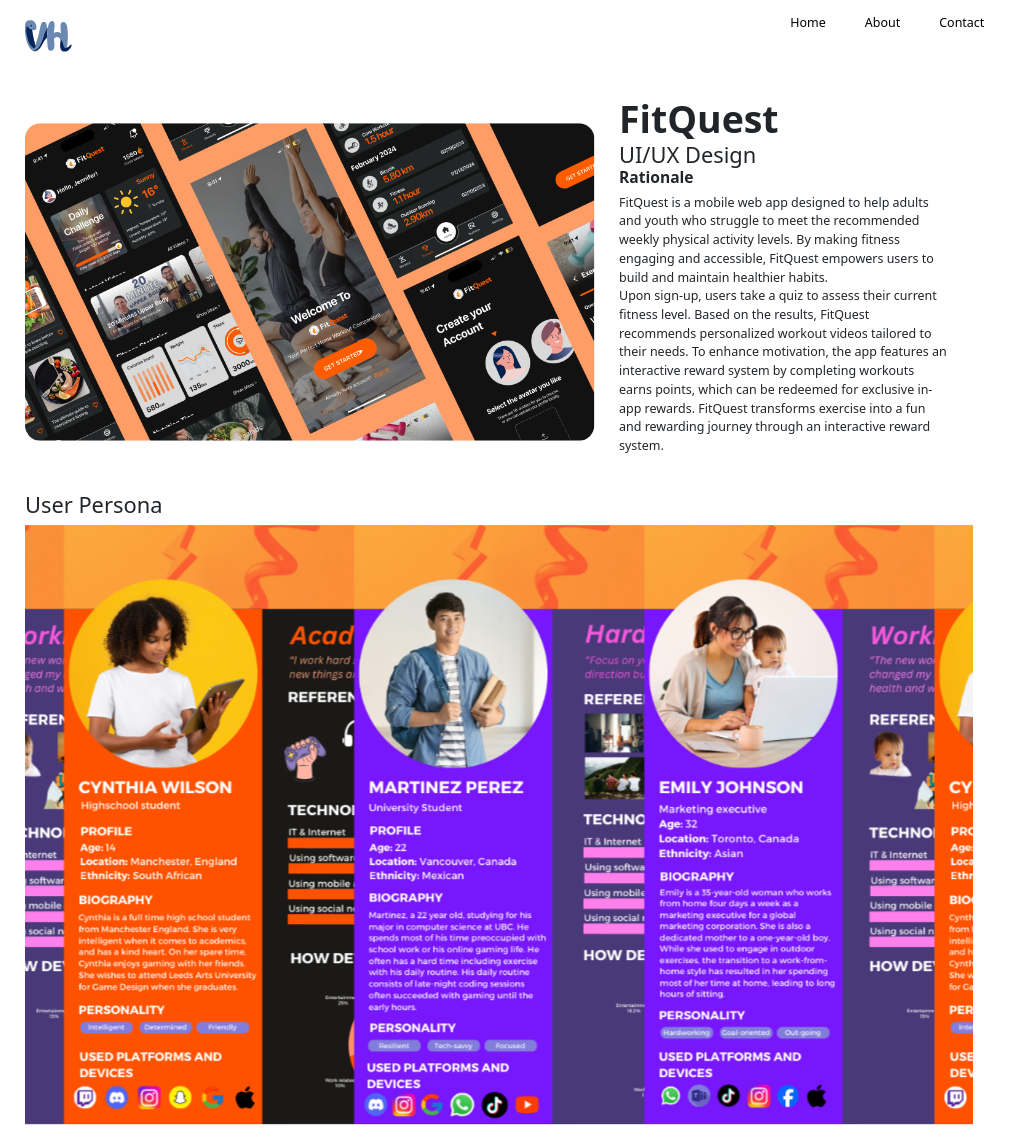
Repository: Vanessahyc/vanessa-portfolio
Page: /fitquest
The author's editor kept a copy of each file at every save. The page is drawn from the files as they stood at one save, then again after the next save.
The browser window is 1280 px wide. The page is 1312 px wide, so the pictures cover 1312 px, including what lies to the right of the window. The pictures show the whole page, at 78% of full size.
The project was rebuilt for these pictures with package versions that can differ from the ones it lists, and the page was loaded fresh each time. The framework's server and built-in components were replaced by stand-ins that run in the browser. Also part of the build but not shown: next.config.mjs.

Above is the page before, as saved 2025-02-07 17:37:50.

### src/app/layout.js
import { Geist, Geist_Mono } from "next/font/google";
import "./globals.css";
import 'bootstrap/dist/css/bootstrap.min.css'

const geistSans = Geist({
  variable: "--font-geist-sans",
  subsets: ["latin"],
});

const geistMono = Geist_Mono({
  variable: "--font-geist-mono",
  subsets: ["latin"],
});

export const metadata = {
  title: "Create Next App",
  description: "Generated by create next app",
};

export default function RootLayout({ children }) {
  return (
    <html lang="en">
      <body
        className={`${geistSans.variable} ${geistMono.variable} antialiased`}
      >
        {children}
      </body>
    </html>
  );
}

### src/app/fitquest/page.js
"use client";
import Header from "../../../components/Header";
import styles from "@/app/fitquest/Fitquest.module.css";
import Image from "next/image";
import dynamic from "next/dynamic";
import "slick-carousel/slick/slick.css";
import "slick-carousel/slick/slick-theme.css";
import { useState } from "react";

export default function Fitquest() {
    const Slider = dynamic(() => import('react-slick'), {ssr: false});
    const settings = {dots: true, infinite: true, speed: 500, slidesToShow: 3, slidesToScroll: 1, autoplay: false, autoplaySpeed: 3000, centerMode: true};
    const images = ['/images/2.png', '/images/3.png', '/images/4.png']


    return(
        <>
            <Header/>
            <main className={styles.mainContainer}>
                <section className={`${styles.projectSection}`}>
                    <Image
                        src='/images/fitquest.png'
                        alt="Guava Can Design"
                        className={`${styles.mockup}`}
                        width={500}
                        height={400}
                    />
                    <div className={styles.projectInfo}>
                        <h2>FitQuest</h2>
                        <h3>UI/UX Design</h3>
                        <h4>Rationale</h4>
                        <p>
                        FitQuest is a mobile web app designed to help adults and youth who struggle to meet the recommended weekly physical activity levels. By making fitness engaging and accessible, FitQuest empowers users to build and maintain healthier habits.<br/>Upon sign-up, users take a quiz to assess their current fitness level. Based on the results, FitQuest recommends personalized workout videos tailored to their needs. To enhance motivation, the app features an interactive reward system by completing workouts earns points, which can be redeemed for exclusive in-app rewards. FitQuest transforms exercise into a fun and rewarding journey through an interactive reward system.
                        </p>
                    </div>
                </section>
                <section className={styles.personaContainer}>
                    <h3>User Persona</h3>
                    <div className='w-full overflow-hidden'>
                        <Slider {...settings}>
                            {images.map((src, index)=> (
                                <div key={index} className="cursor-pointer">
                                    <img src={src} alt={`slide ${index+1}`} className="w-full h-auto mr-1"></img>
                                </div>
                            ))}
                        </Slider>
                        {/* <Image
                            src='/images/2.png'
                            alt="youth persona"
                            className={`${styles.persona}`}
                            width={500}
                            height={400}
                        />
                        <Image
                            src='/images/3.png'
                            alt="young adult persona"
                            className={`${styles.persona}`}
                            width={500}
                            height={400}
                        />
                        <Image
                            src='/images/4.png'
                            alt='working mom persona'
                            className={`${styles.persona}`}
                            width={500}
                            height={400}
                        /> */}
                    </div>
                </section>
            </main>
        </>
    );
}

### src/app/globals.css
:root {
  --background: #ffffff;
  --foreground: #171717;
  --font48px: 48px;
  --font32px: 32px;
  --font28px: 28px;
  --font20px: 20px;
  --font18px: 18px;
  --font16px: 16px;
  --font-bold: 700;
  --font-medium: 500;
  --font-regular: 400;

}

body {
  font-family: Montserrat, sans-serif;
}

### components/Header/index.js
import Image from "next/image";
import Link from 'next/link';
import styles from './Header.module.css'

export default function Header() {
  return (
    <nav className={`${styles.navbar}`}>
      <Image src='/images/Logo.svg' alt="Vanessa Huang Logo" width={60} height={60}/>
      <ul>
        <li><Link href="/">Home</Link></li>
        <li><Link href="/about">About</Link></li>
        <li><Link href="/contact">Contact</Link></li>
      </ul>
    </nav>
  );
}

### src/app/fitquest/Fitquest.module.css
.mainContainer {
    margin: 1em 2em;
}

.projectSection {
    display: flex;
    align-items: center;
}

.projectSection img {
    width: 60%;
    height: 100%;
    border-radius: 20px;
}

.projectInfo {
    width: 40%;
    padding: 2em;
}

.projectInfo h2 {
    font-size: var(--font48px);
    font-weight: var(--font-bold);
    margin: 0;
}

.projectInfo h3 {
    font-size: var(--font28px);
    font-weight: var(--font-regular);
    margin: 0;
}

.projectInfo h4 {
    font-size: var(--font20px);
    font-weight: var(--font-bold);
}

.projectInfo p {
    font-size: var(--font16px);
    font-weight: var(--font-regular);
}

.persona {
    border-radius: 20px;
}

### components/Header/Header.module.css
.navbar {
    display: flex;
    justify-content: space-between;
    width: 100%;
    margin: 1em 2em;
}

.navbar ul {
    width: 30%;
    list-style: none;
    display: flex;
    justify-content: flex-end;
}

.navbar li {
    padding-right: 50px;
}

.navbar a {
    text-decoration: none;
    color: black;
    font-weight: var(--font-medium);
}

After the next save:
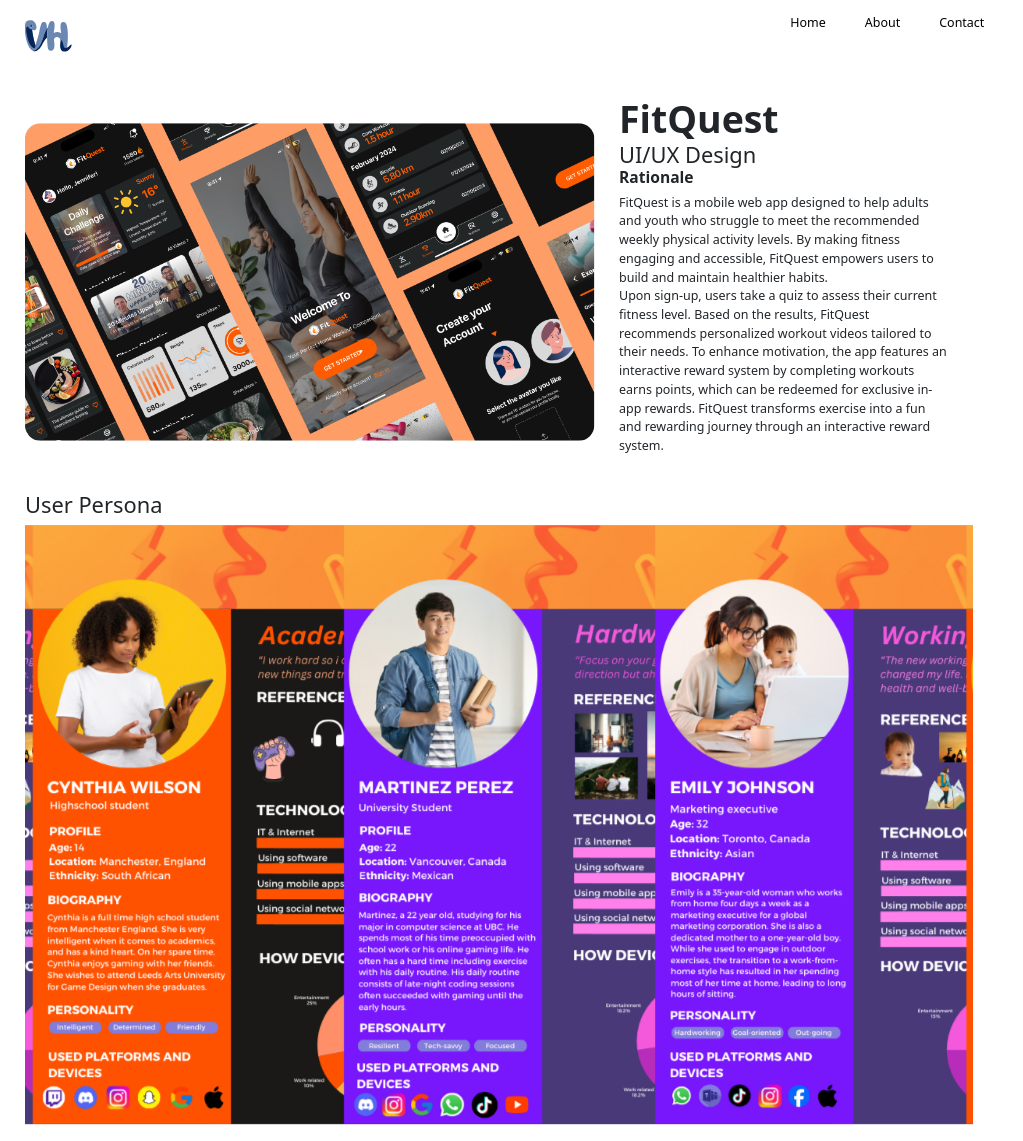
Saved 22 s later.
--- a/src/app/fitquest/page.js
+++ b/src/app/fitquest/page.js
@@ -9,7 +9,7 @@
 
 export default function Fitquest() {
     const Slider = dynamic(() => import('react-slick'), {ssr: false});
-    const settings = {dots: true, infinite: true, speed: 500, slidesToShow: 3, slidesToScroll: 1, autoplay: false, autoplaySpeed: 3000, centerMode: true};
+    const settings = {dots: true, infinite: true, speed: 500, slidesToShow: 3, slidesToScroll: 1, autoplay: false, autoplaySpeed: 3000, centerMode: true, centerPadding: '10px'};
     const images = ['/images/2.png', '/images/3.png', '/images/4.png']
 
 
